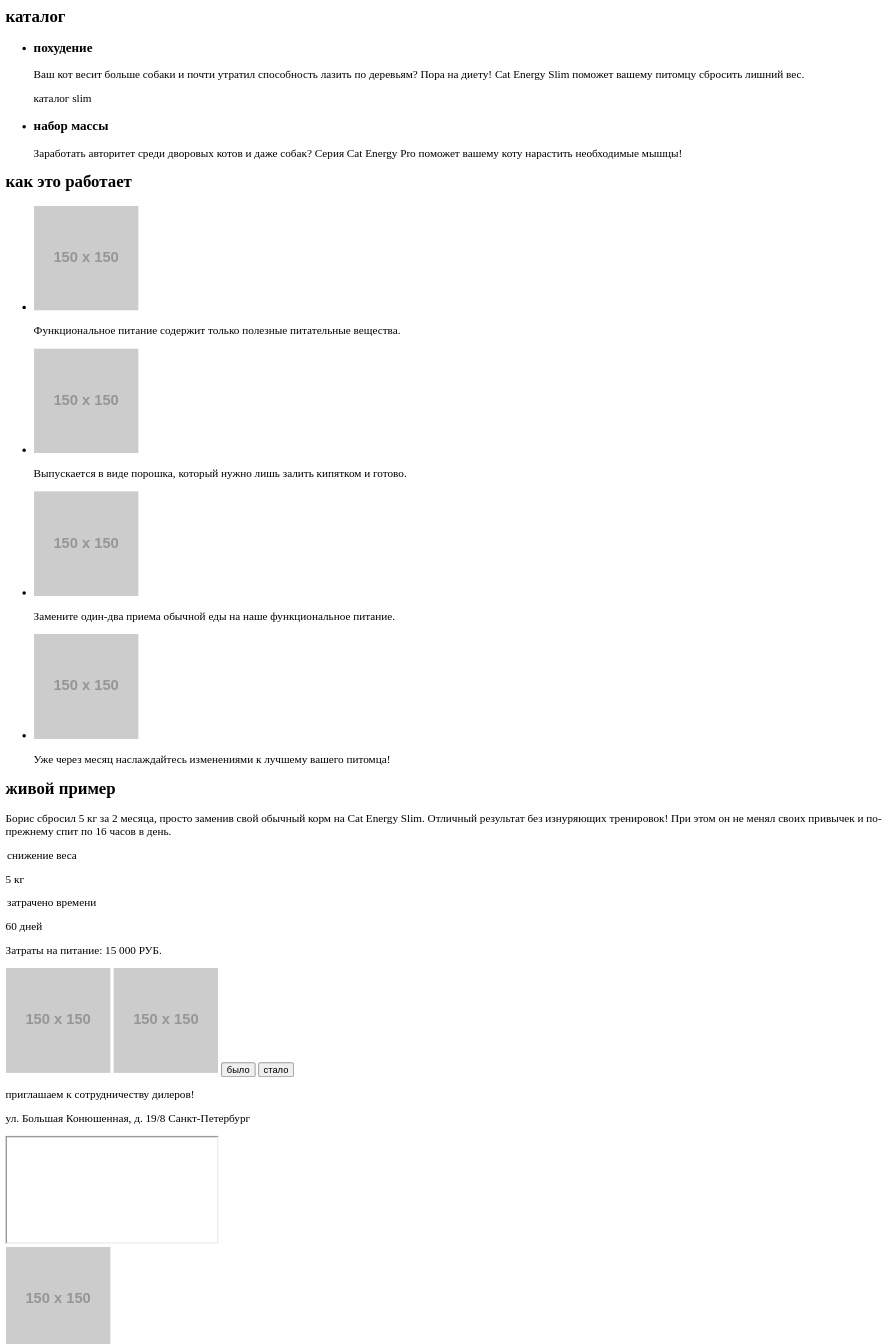
Repository: svetlana2885/1411135-cat-energy-20
Page: source/index.html
These files come from the project's save history. The page is drawn as it stood at one moment and after the next save; the edit follows.
The browser window is 1280 px wide. The pictures show the part of the page from y = 524 to 2444 px (the page is 2707 px tall before and 2555 px after), at 70% of full size.
Pictures or frames that could not be fetched are drawn as grey boxes.

Above is the page before, as saved 2020-07-22 16:11:54.

After the next save:
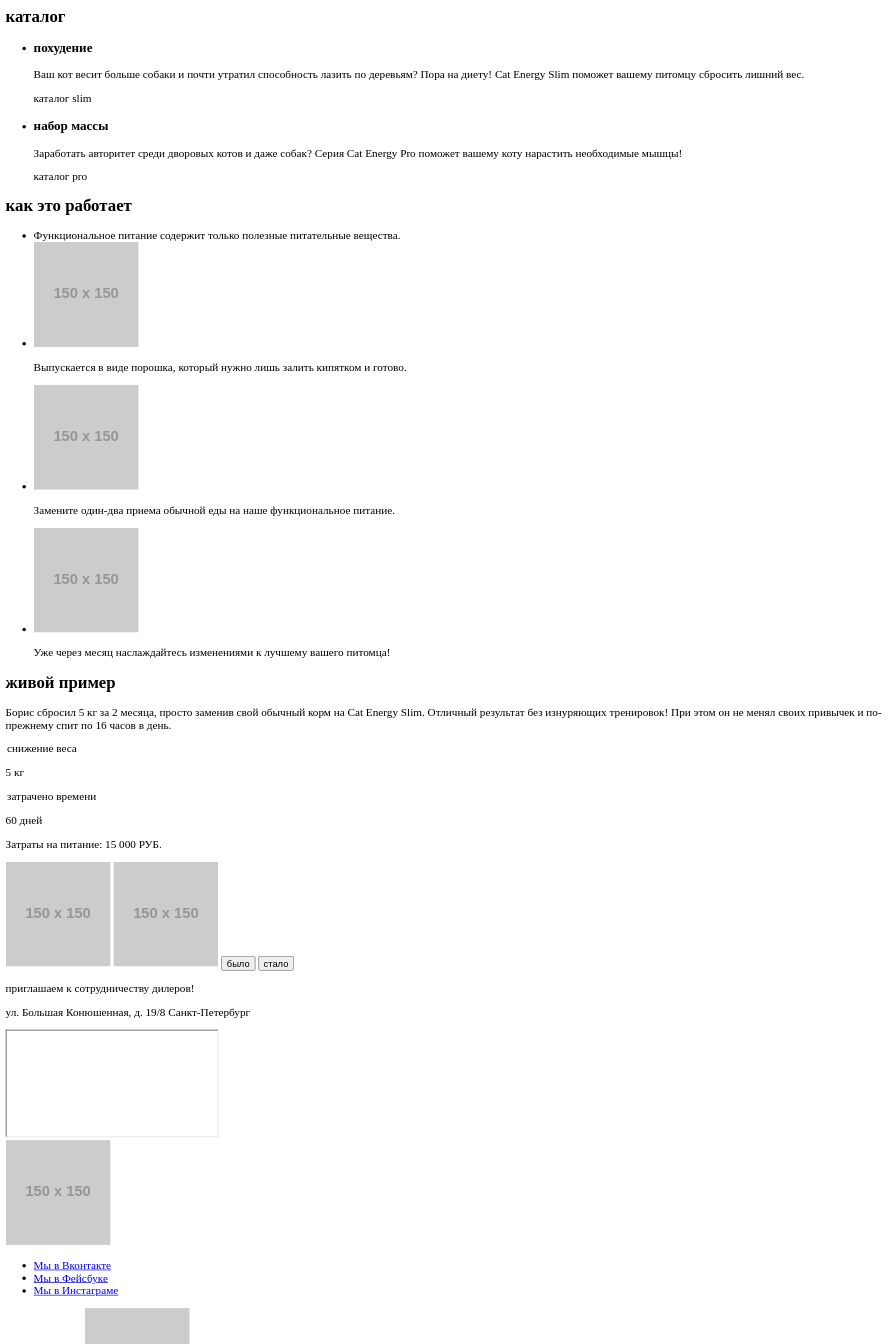
Saved 14 min 28 s later.
--- a/source/index.html
+++ b/source/index.html
@@ -25,41 +25,34 @@
         <h1 class="promo__text">функциональное питание для котов</h1>
         <h3 class="promo__caption">занялся собой?займись котом!</h3>
         <img class="promo__img" src="src=https://via.placeholder.com/150x150" alt="логотип" />
-        <a class="promo__button">подобрать программу</a>
+        <a class="promo__button button">подобрать программу</a>
       </section>
       <section class="catalog">
         <h2 class="visually-hidden">каталог</h2>
-        <ul class="catalog-list">
-          <li class="catalog__tem catalog__tem--slim">
+        <ul class="catalog__list">
+          <li class="catalog__item catalog__item--slim">
             <h3 class="catalog__title">похудение</h3>
-            <p class="catalo__discription">
+            <p class="catalog__discription">
               Ваш кот весит больше собаки и почти утратил способность лазить по деревьям? Пора на
               диету! Cat Energy Slim поможет вашему питомцу сбросить лишний вес.
             </p>
-            <a class="catalo__link">каталог slim</a>
+            <a class="catalog__link">каталог slim</a>
           </li>
           <li class="catalog__tem advatage__item--weight">
             <h3 class="catalog__title">набор массы</h3>
-            <p class="catalo__discription">
+            <p class="catalog__discription">
               Заработать авторитет среди дворовых котов и даже собак? Серия Cat Energy Pro поможет
               вашему коту нарастить необходимые мышцы!
             </p>
-            <a class="catalo__link" каталог pro></a>
+            <a class="catalog__link"> каталог pro</a>
           </li>
         </ul>
       </section>
       <section class="advantages">
-        <h2 class="advantages__title">как это работает</h2>
-        <ul class="advantage__list">
-          <li class="advantage__item">
-            <img
-              class="advantage__item--img"
-              src="rc=https://via.placeholder.com/150x150"
-              alt="лист"
-            />
-            <p class="advantage__item--text">
-              Функциональное питание содержит только полезные питательные вещества.
-            </p>
+        <h2 class="advantages__title title">как это работает</h2>
+        <ul class="advantages__list">
+          <li class="advantages__item">
+            Функциональное питание содержит только полезные питательные вещества.
           </li>
           <li class="advantage-item">
             <img src="rc=https://via.placeholder.com/150x150" alt="вода" />
